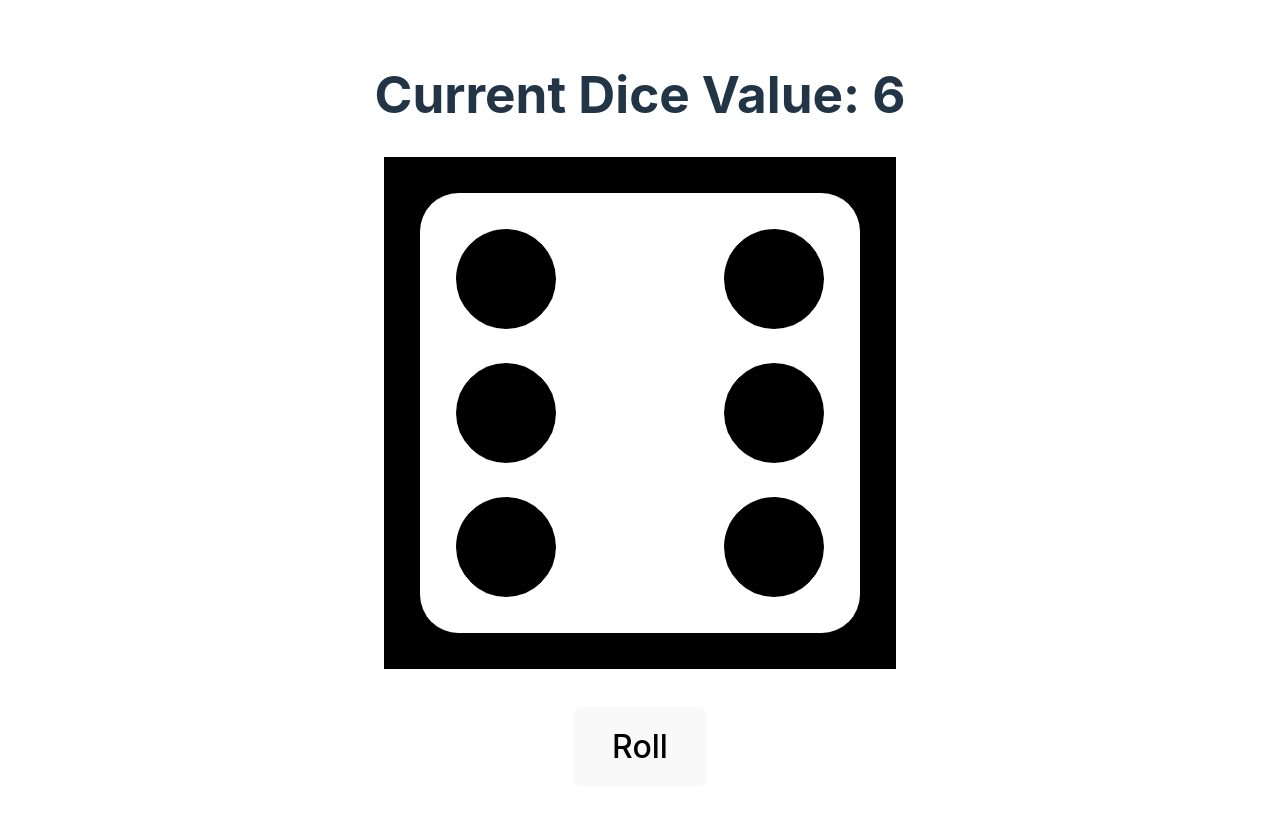
Repository: James-Z-Zhang00/dice-roller
Page: /
An editor plug-in stored every save of this project. The page is shown before and after the next save, followed by the edit.
The browser window is 1280 px wide. The pictures show the whole page.
The project was rebuilt for these pictures with package versions that can differ from the ones it lists, and the page was loaded fresh each time. Also part of the build but not shown: vite.config.js.

Above is the page before, as saved 2024-05-13 22:24:27.

### index.html
<!doctype html>
<html lang="en">

<head>
    <meta charset="UTF-8" />
    <meta name="viewport" content="width=device-width, initial-scale=1.0" />
    <title>Dice App</title>
</head>

<body>
    <div id="root"></div>
    <script type="module" src="/src/main.jsx"></script>
</body>

</html>

### src/App.jsx
import { useState } from 'react';
import './App.css';
import Dice from './Dice';

function App() {
const [val,setVal] = useState(6);
 function rollDice() {
   const val = Math.floor((Math.random() * 6) + 1);
   setVal(val);
 }
  return (
    <div>
      <h1>Current Dice Value: {val}</h1>
      <Dice diceVal={val} />
      <button onClick={rollDice} style={{ fontSize: '2rem', fontWeight: 500}}>
      Roll</button>
    </div>
  )
}

export default App

### src/App.css
#root {
  max-width: 1280px;
  margin: 0 auto;
  padding: 2rem;
  text-align: center;
}

button {
    font-family: 'Helvetica Neue', Arial, sans-serif;
    margin-top: 2rem;
}

button:hover {
    background-color: #333; /* Darkens the background on hover */
    color: #fff; /* Changes the text color to white on hover */
    text-transform: uppercase;
}

### src/Dice.jsx
import dice1 from './dice1.png';
import dice2 from './dice2.png';
import dice3 from './dice3.png';
import dice4 from './dice4.png';
import dice5 from './dice5.png';
import dice6 from './dice6.png';

const dices = [dice1, dice2, dice3, dice4, dice5, dice6];

function Dice({diceVal}) {

    return (
        <div>
            <img src={dices[diceVal-1]} alt={`Dice showing ${diceVal}`} />
        </div>
    );
}

export default Dice;

Loaded but not shown: src/main.jsx (common file); src/index.css (common file)

After the next save:
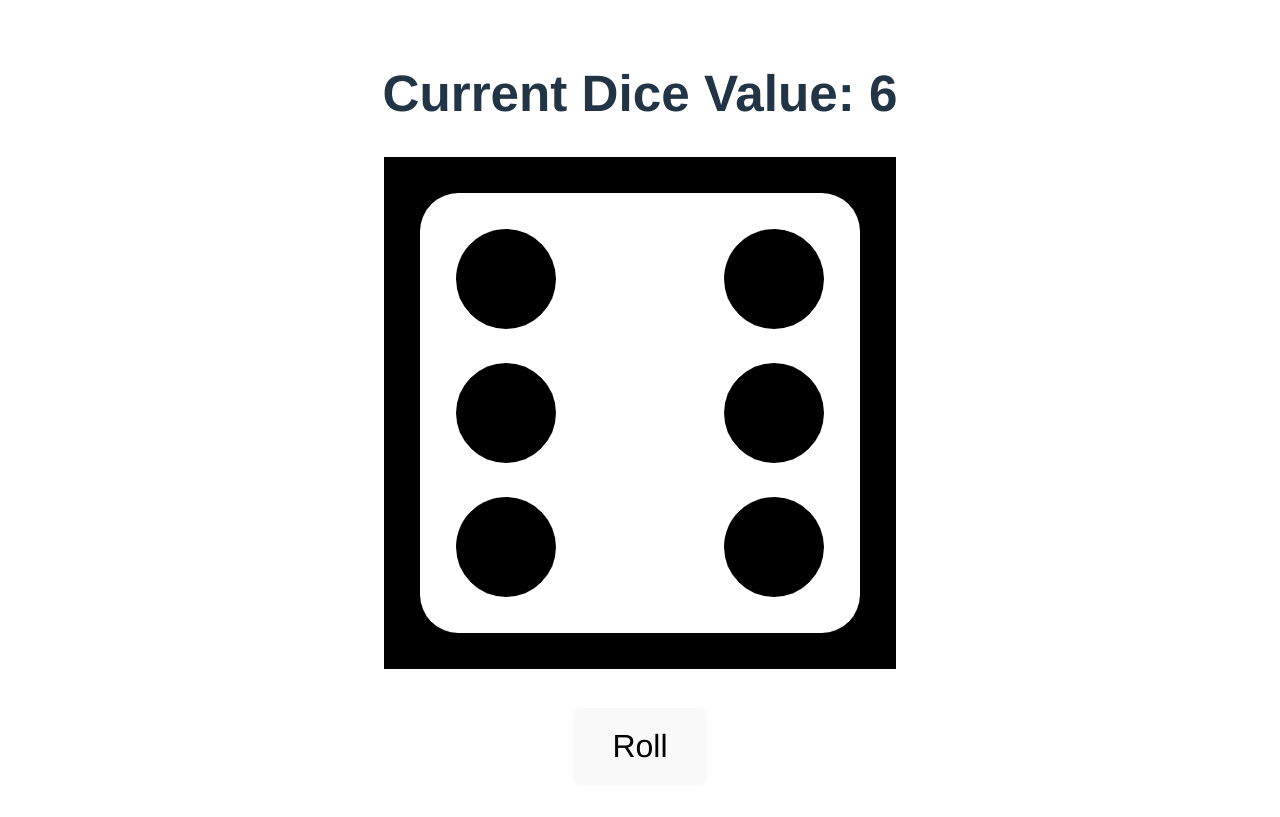
Saved 25 s later.
--- a/src/App.css
+++ b/src/App.css
@@ -3,6 +3,7 @@
   margin: 0 auto;
   padding: 2rem;
   text-align: center;
+  font-family: 'Helvetica Neue', Arial, sans-serif;
 }
 
 button {
